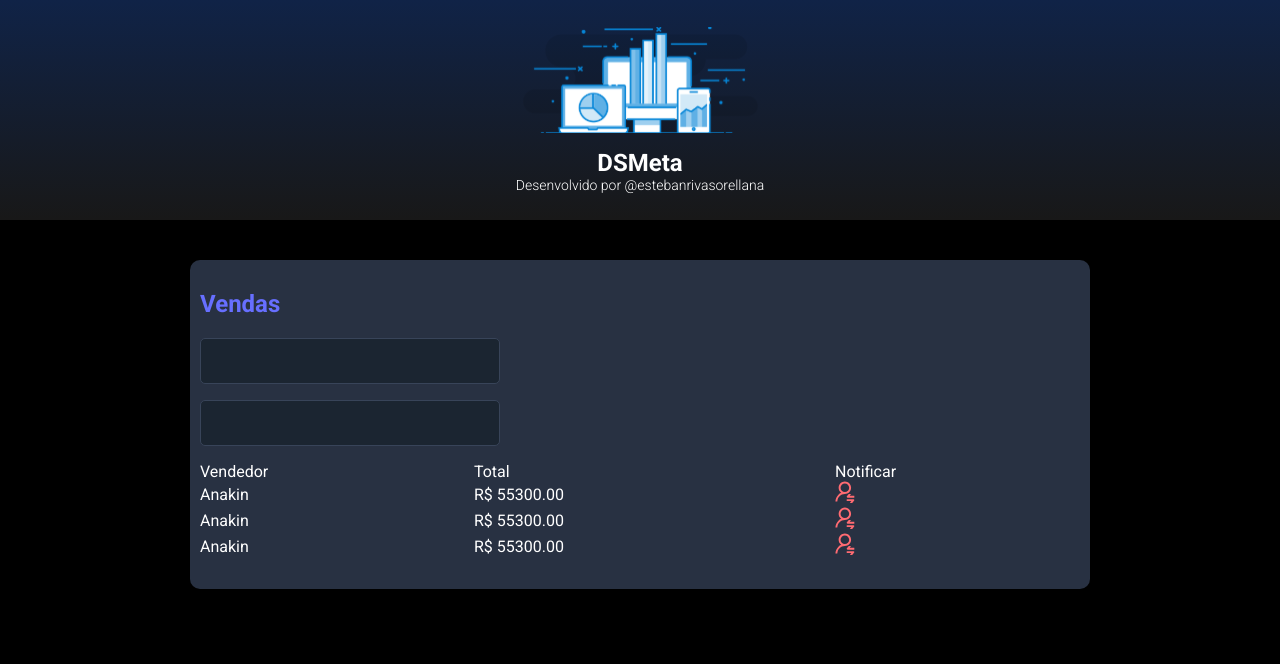
Repository: estebanrivas/dsmeta-css
Page: index.html
These files come from the project's save history. The page is drawn as it stood at one moment and after the next save; the edit follows.
The browser window is 1280 px wide. The pictures show the whole page.

Above is the page before, as saved 2022-09-08 21:59:30.

After the next save:
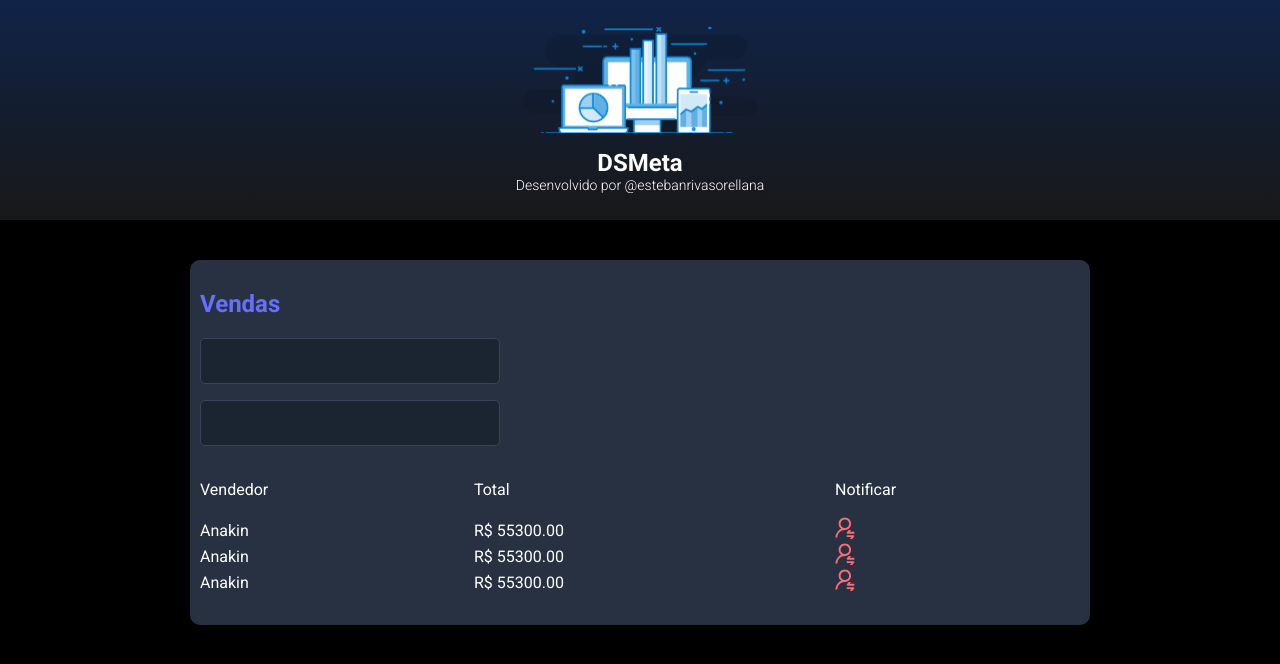
Saved 8 s later.
--- a/css/styles.css
+++ b/css/styles.css
@@ -95,5 +95,5 @@ header {
 }
 
 .dsmeta-sales-table thead{
-    heig
+    height: 55px;
 }
